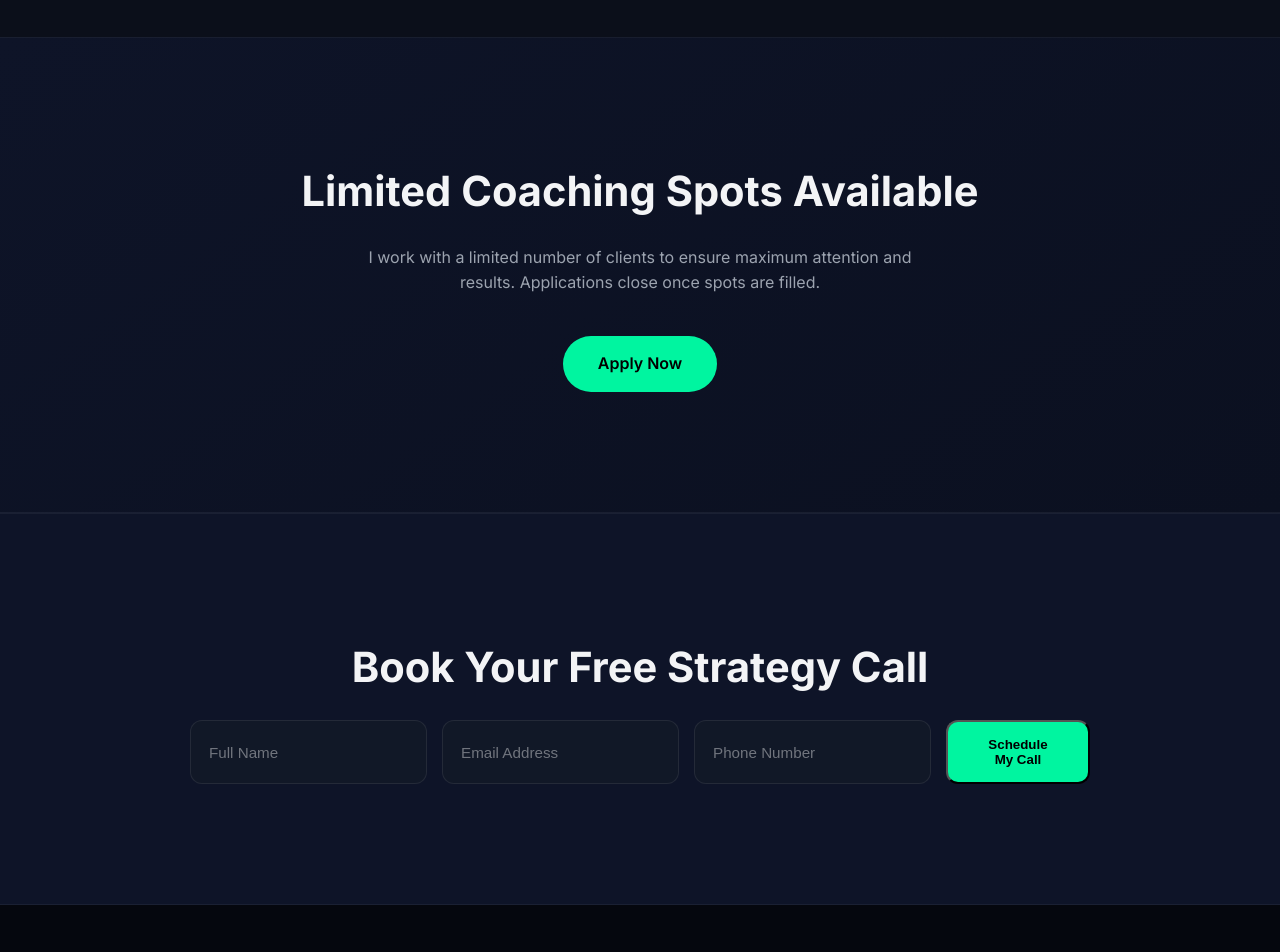
Repository: davidfsillva/Landing-page-pro
Page: index.html
An editor plug-in stored every save of this project. The page is shown before and after the next save, followed by the edit.
The browser window is 1280 px wide. The pictures show the part of the page from y = 3470 to 4422 px (the page is 4511 px tall before and 4536 px after).
A picture or video elsewhere on the page could not be fetched, so the positions and the page height are approximate.

Above is the page before, as saved 2026-02-26 17:18:15.

### index.html
<!DOCTYPE html>
<html lang="en">
<head>
    <!-- ================= BASIC META ================= -->
    <meta charset="UTF-8">
    <meta name="viewport" content="width=device-width, initial-scale=1.0, maximum-scale=5.0">
    <meta name="robots" content="index, follow">
    <link rel="canonical" href="https://www.lucasreynolds.com">

    <!-- ================= SEO ================= -->
    <title>Lucas Reynolds | Elite Personal Trainer</title>
    <meta name="description" content="Elite personal training focused on fat loss, muscle building and peak performance. Customized programs, strategic nutrition and real accountability. Book your free fitness consultation today.">

    <!-- ================= OPEN GRAPH ================= -->
    <meta property="og:title" content="Lucas Reynolds | Transform Your Body in 90 Days">
    <meta property="og:description" content="Personalized training programs with proven results. Limited spots available.">
    <meta property="og:type" content="website">
    <meta property="og:image" content="https://placehold.co/1200x630/0B1020/00FF99?text=LUCAS+REYNOLDS">
    <meta property="og:url" content="https://www.lucasreynolds.com">
    <meta name="twitter:card" content="summary_large_image">

    <!-- FONTS -->
    <link rel="preconnect" href="https://fonts.googleapis.com">
    <link href="https://fonts.googleapis.com/css2?family=Inter:wght@300;400;600;700;800&display=swap" rel="stylesheet">

    <link rel="stylesheet" href="style.css">
</head>

<body>

<header class="header">
  <div class="container header-flex">
      <div class="logo">LUCAS REYNOLDS</div>

      <button class="menu-toggle" id="menuToggle">☰</button>

      <nav class="nav" id="nav">
        <a href="#home">Home</a>
        <a href="#about">About</a>
        <a href="#method">Method</a>
        <a href="#results">Results</a>
        <a href="#contact" class="nav-cta">Book Call</a>
      </nav>
  </div>
</header>

<main>

<!-- HERO -->
<section id="home" class="hero">
    <div class="hero-overlay"></div>

    <div class="container hero-grid">

        <div class="hero-content">
            <div class="hero-badge">
                Trusted by 320+ Clients Worldwide
            </div>

            <h1>
                BUILD YOUR ELITE BODY
                <span>IN 90 DAYS.</span>
            </h1>

            <p>
                High-performance coaching for ambitious men who want visible results,
                structured training and real accountability.
            </p>

            <div class="hero-buttons">
                <a href="#contact" class="btn btn-primary">
                    Book Free Strategy Call
                </a>
            </div>

            <div class="hero-proof">
                <div>
                    <strong>320+</strong>
                    <small>Transformations</small>
                </div>

                <div>
                    <strong>8+ Years</strong>
                    <small>Experience</small>
                </div>
            </div>
        </div>

    </div>
</section>

<!-- ABOUT -->
<section id="about" class="section">
    <div class="container">
        <h2>Why Most People Fail</h2>

        <div class="grid-3">

            <div class="card">
                <h3>Generic Workouts</h3>
                <p>
                    Most programs are copied from the internet and built for everyone —
                    which means they’re built for no one.
                </p>
                <p>
                    Without personalization, your body doesn’t respond the way it should.
                    Progress slows. Motivation drops.
                </p>
            </div>

            <div class="card">
                <h3>Poor Nutrition</h3>
                <p>
                    Random dieting, cutting calories blindly, or following extreme plans
                    that don’t match your lifestyle.
                </p>
                <p>
                    Nutrition must support performance, recovery and consistency —
                    not destroy your energy.
                </p>
            </div>

            <div class="card">
                <h3>No Accountability</h3>
                <p>
                    Discipline fades when there’s no structure.
                </p>
                <p>
                    Without expert guidance, weekly adjustments and performance tracking,
                    most people quit before real transformation happens.
                </p>
            </div>

        </div>
    </div>
</section>

<!-- METHOD -->
<section id="method" class="section section-dark">
    <div class="container">
        <h2>The Reynolds Method</h2>

        <div class="method-list">

            <div class="method-item" data-step="01">
                <strong>Full Performance Assessment</strong>
                <p>
                    We start with a deep evaluation of your body composition,
                    strength levels, mobility, metabolism and lifestyle habits.
                </p>
                <p>
                    This allows us to identify limitations, imbalances and
                    performance gaps before building your transformation plan.
                </p>
            </div>

            <div class="method-item" data-step="02">
                <strong>Precision Custom Program</strong>
                <p>
                    Your training plan is engineered around your goal —
                    whether fat loss, muscle gain or full body recomposition.
                </p>
                <p>
                    Progressive overload, recovery cycles and measurable benchmarks
                    are built into every phase.
                </p>
            </div>

            <div class="method-item" data-step="03">
                <strong>Strategic Nutrition System</strong>
                <p>
                    No extreme dieting. No starvation.
                </p>
                <p>
                    Instead, a structured nutrition framework aligned with your
                    metabolism, schedule and performance demands.
                </p>
            </div>

            <div class="method-item" data-step="04">
                <strong>Elite Accountability Protocol</strong>
                <p>
                    Weekly check-ins, performance tracking and plan adjustments.
                </p>
                <p>
                    You stay focused. I handle the strategy.
                </p>
            </div>

        </div>
    </div>
</section>

<!-- RESULTS -->
<section id="results" class="section">
    <div class="container">
        <h2>Transformation Case Study Concepts</h2>

        <p class="portfolio-note">
            This section demonstrates how structured testimonials and visual proof
            can be presented in a high-conversion fitness landing page.
        </p>

        <div class="grid-3">

            <div class="testimonial">
                <img src="img/athlete-1.webp" alt="Fitness transformation concept">
                <p>
                    "In 16 weeks, I rebuilt my discipline, improved body composition
                    and achieved measurable strength gains."
                </p>
                <span>Sample Testimonial Layout | Fat Loss Concept</span>
            </div>

            <div class="testimonial">
                <img src="img/athlete-2.webp" alt="Fitness coaching concept">
                <p>
                    "The structured program and weekly check-ins created
                    consistent progress and long-term sustainability."
                </p>
                <span>Sample Testimonial Layout | Body Recomposition Concept</span>
            </div>

            <div class="testimonial">
                <img src="img/3.webp" alt="Elite fitness result concept">
                <p>
                    "Clear metrics, personalized programming and accountability
                    transformed both performance and confidence."
                </p>
                <span>Sample Testimonial Layout | Performance Concept</span>
            </div>

        </div>
    </div>
</section>

<!-- LIMITED SPOTS -->
<section class="section section-dark urgency">
    <div class="container">
        <h2>Limited Coaching Spots Available</h2>
        <p>
            I work with a limited number of clients to ensure maximum attention and results.
            Applications close once spots are filled.
        </p>
        <a href="#contact" class="btn btn-primary">Apply Now</a>
    </div>
</section>

<!-- CONTACT -->
<section id="contact" class="section cta">
    <div class="container">
        <h2>Book Your Free Strategy Call</h2>

        <form class="form">
            <input type="text" placeholder="Full Name" required>
            <input type="email" placeholder="Email Address" required>
            <input type="tel" placeholder="Phone Number" required>

            <button type="submit" class="btn btn-primary">
                Schedule My Call
            </button>
        </form>
    </div>
</section>

</main>

<footer class="footer">
    <div class="container">
        <p>© 2026 Lucas Reynolds Performance. All rights reserved.</p>
    </div>
</footer>

<script src="script.js"></script>
</body>
</html>

### style.css
* {
    margin: 0;
    padding: 0;
    box-sizing: border-box;
}

:root {
    --bg: #0B0F1A;
    --bg-dark: #111827;
    --card: #161F2E;

    --text: #F3F4F6;
    --muted: #9CA3AF;

    --accent: #00F5A0;

    --radius: 18px;
}

body {
    font-family: 'Inter', sans-serif;
    background: var(--bg);
    color: var(--muted);
    line-height: 1.6;
}

.container {
    width: 90%;
    max-width: 1200px;
    margin: auto;
}

.section {
    padding: 100px 0;
}

.section-dark {
    background: var(--bg-dark);
}

h1, h2, h3 {
    color: var(--text);
}

.hero h1 {
    font-size: clamp(2rem, 4vw, 3rem);
}

h1 span {
    color: var(--accent);
}

h2 {
    font-size: 2rem;
    margin-bottom: 40px;
}

p {
    margin: 15px 0;
}

.btn {
    display: inline-block;
    padding: 15px 35px;
    border-radius: 50px;
    font-weight: 600;
    text-decoration: none;
    transition: 0.3s ease;
}

.btn-primary {
    background: var(--accent);
    color: #000;
}

.btn-primary:hover {
    transform: translateY(-3px);
}

/* HEADER */
.header {
    position: fixed;
    width: 100%;
    background: rgba(11,15,26,0.9);
    backdrop-filter: blur(8px);
    padding: 20px 0;
    z-index: 1000;
}

.header-flex {
    display: flex;
    justify-content: space-between;
    align-items: center;
}

.logo {
    font-weight: 800;
    color: var(--accent);
}

.nav {
    display: flex;
    gap: 30px;
}

.nav a {
    color: var(--muted);
    text-decoration: none;
}

.nav a:hover {
    color: var(--accent);
}

.menu-toggle {
    display: none;
    background: none;
    border: none;
    color: var(--accent);
    font-size: 1.5rem;
}

/* HERO */
.hero {
    height: 100vh;
    display: flex;
    align-items: center;
    background: url('img/pexels-ardit-mbrati-216809103-18187618.jpg') center right/cover no-repeat;
    position: relative;
    padding-top: 80px;
}

.hero-overlay {
    position: absolute;
    inset: 0;
    background: linear-gradient(270deg, rgba(11, 15, 26, 0.116), rgb(11, 15, 26));
}

.hero-grid {
    position: relative;
}
.hero-content {
    max-width: 600px;
    padding-left: 2px;

}

.hero-badge {
    background: rgba(0,245,160,0.1);
    color: var(--accent);
    padding: 8px 16px;
    border-radius: 50px;
    display: inline-block;
    margin-bottom: 20px;
}

.hero-proof {
    display: flex;
    gap: 40px;
    margin-top: 30px;
}

.hero-proof strong {
    color: var(--accent);
    font-size: 1.5rem;
    display: block;
}

/* ===============================
   ABOUT SECTION UPGRADE
=================================*/

#about {
    text-align: center;
}

#about h2 {
    margin-bottom: 60px;
    position: relative;
}

#about h2::after {
    content: "";
    width: 60px;
    height: 3px;
    background: var(--accent);
    display: block;
    margin: 18px auto 0;
    border-radius: 3px;
}


/* CARD ESTILO PROBLEMA */
.card {
    position: relative;
    background: linear-gradient(145deg, #121A2B, #0E1524);
    padding: 40px 30px;
    border-radius: 20px;
    border: 1px solid rgba(255,255,255,0.04);
    transition: 0.35s ease;
    text-align: left;
    overflow: hidden;
}



/* Hover mais forte */
.card:hover {
    transform: translateY(-10px);
    border-color: var(--accent);
    box-shadow: 0 25px 60px -20px var(--accent);
}

.card h3 {
    color: var(--accent);
    font-size: 1.2rem;
    margin-bottom: 15px;
}

.card p {
    font-size: 0.95rem;
    color: var(--muted);
    line-height: 1.6;
}



/* ===============================
   METHOD SECTION IMPROVED
=================================*/

.method-list {
    display: grid;
    gap: 30px;
    margin-top: 50px;
}

.method-item {
    position: relative;
    background: linear-gradient(145deg, #141C2F, #0F1625);
    padding: 30px 35px 30px 80px;
    border-radius: 18px;
    border: 1px solid rgba(255,255,255,0.05);
    transition: 0.35s ease;
    overflow: hidden;
}

/* Linha lateral de destaque */
.method-item::before {
    content: "";
    position: absolute;
    left: 0;
    top: 0;
    height: 100%;
    width: 6px;
    background: var(--accent);
    opacity: 0.8;
}

/* Número grande no fundo */
.method-item::after {
    content: attr(data-step);
    position: absolute;
    right: 25px;
    top: 20px;
    font-size: 4rem;
    font-weight: 800;
    color: rgba(255,255,255,0.04);
}

/* Hover sofisticado */
.method-item:hover {
    transform: translateY(-8px);
    border-color: var(--accent);
    box-shadow: 0 20px 50px -15px rgba(0,245,160,0.25);
}

.method-item strong {
    display: block;
    font-size: 1.2rem;
    color: var(--text);
    margin-bottom: 10px;
}

.method-item p {
    font-size: 0.95rem;
    color: var(--muted);
    max-width: 500px;
}



/* CARDS */
.grid-3 {
    display: grid;
    grid-template-columns: repeat(3, 1fr);
    gap: 30px;
}

.card, .testimonial {
    background: var(--card);
    padding: 30px;
    border-radius: var(--radius);
}

.method-list {
    display: grid;
    gap: 25px;
}

.method-item strong {
    color: var(--accent);
}

.portfolio-note {
    max-width: 700px;
    margin: 0 auto 50px auto;
    text-align: center;
    color: var(--muted);
    font-size: 0.95rem;
}

.testimonial span {
    display: block;
    margin-top: 15px;
    font-weight: 600;
    color: var(--accent);
}

.testimonial img {
    width: 100%;
    border-radius: 12px;
    margin: 0 auto 20px auto;
    display: block;
}

#results {
    text-align: center;
}

.testimonial {
    text-align: center;
}

/* FORM */
.form {
    display: grid;
    gap: 20px;
    max-width: 500px;
}

.form input {
    padding: 15px;
    border-radius: 10px;
    border: none;
}

/* ===============================
   CTA CLEAN HIGH-END
=================================*/

.cta {
    background: #0E1428;
    padding: 120px 0;
    text-align: center;
    border-top: 1px solid rgba(255,255,255,0.05);
    border-bottom: 1px solid rgba(255,255,255,0.05);
}

.cta h2 {
    font-size: clamp(2rem, 4vw, 2.6rem);
    margin-bottom: 20px;
}

.cta p {
    max-width: 600px;
    margin: 0 auto 50px auto;
    font-size: 1rem;
    color: var(--muted);
}

/* FORM INLINE PREMIUM */
.form {
    max-width: 900px;
    margin: 0 auto;
    display: grid;
    grid-template-columns: repeat(4, 1fr);
    gap: 15px;
}

.urgency {
    text-align: center;
    background: linear-gradient(145deg, #0E1428, #0B1020);
    padding: 120px 0;
    border-top: 1px solid rgba(255,255,255,0.05);
    border-bottom: 1px solid rgba(255,255,255,0.05);
}

.urgency h2 {
    font-size: clamp(2rem, 4vw, 2.6rem);
    margin-bottom: 20px;
}

.urgency p {
    max-width: 600px;
    margin: 0 auto 40px auto;
}

/* INPUTS */
.form input {
    padding: 16px 18px;
    border-radius: 12px;
    border: 1px solid rgba(255,255,255,0.08);
    background: #111827;
    color: var(--text);
    font-size: 0.95rem;
    transition: 0.3s ease;
}

.form input::placeholder {
    color: rgba(255,255,255,0.4);
}

.form input:focus {
    border-color: var(--accent);
    box-shadow: 0 0 0 3px rgba(0,245,160,0.12);
    outline: none;
}

/* BOTÃO */
.form button {
    border-radius: 12px;
    font-weight: 700;
}

/* RESPONSIVO */
@media (max-width: 900px) {
    .form {
        grid-template-columns: 1fr;
    }
}

/* FOOTER */
.footer {
    padding: 40px 0;
    text-align: center;
    background: #05070E;
}

/* RESPONSIVE */

@media (max-width: 768px) {
    .nav {
        display: none;
        flex-direction: column;
        background: var(--bg-dark);
        position: absolute;
        top: 70px;
        right: 0;
        padding: 20px;
    }

    .nav.active {
        display: flex;
    }

    .menu-toggle {
        display: block;
    }

    .hero-proof {
        flex-direction: column;
    }


    .method-list {
        grid-template-columns: repeat(2, 1fr);
    }

    .grid-3 {
        grid-template-columns: 1fr;
    }

    .method-list {
        grid-template-columns: 1fr;

    }
}

### script.js
(function () {
  "use strict";

  /* =====================================================
     1. MENU RESPONSIVO COM ACESSIBILIDADE
  ===================================================== */
  const menuToggle = document.getElementById("menuToggle");
  const navMenu = document.getElementById("navMenu");

  if (menuToggle && navMenu) {
    menuToggle.addEventListener("click", () => {
      const isActive = navMenu.classList.toggle("active");

      // Atualiza aria-expanded para acessibilidade
      menuToggle.setAttribute("aria-expanded", isActive);

      // Impede scroll do body quando menu aberto
      document.body.style.overflow = isActive ? "hidden" : "auto";
    });

    // Fecha menu ao clicar em link
    document.querySelectorAll(".nav-menu a").forEach(link => {
      link.addEventListener("click", () => {
        navMenu.classList.remove("active");
        menuToggle.setAttribute("aria-expanded", "false");
        document.body.style.overflow = "auto";
      });
    });
  }

  /* =====================================================
     2. SCROLL SUAVE COM OFFSET DO HEADER
  ===================================================== */
  const header = document.querySelector("header");

  document.querySelectorAll('a[href^="#"]').forEach(anchor => {
    anchor.addEventListener("click", function (e) {
      const targetId = this.getAttribute("href");
      if (targetId === "#") return;

      const target = document.querySelector(targetId);
      if (!target) return;

      e.preventDefault();

      const headerHeight = header ? header.offsetHeight : 0;
      const elementPosition = target.getBoundingClientRect().top + window.scrollY;
      const offsetPosition = elementPosition - headerHeight - 10;

      window.scrollTo({
        top: offsetPosition,
        behavior: "smooth"
      });
    });
  });

  /* =====================================================
     3. REVEAL ON SCROLL (OTIMIZADO)
  ===================================================== */
  const reveals = document.querySelectorAll(".reveal");

  if ("IntersectionObserver" in window) {
    const revealObserver = new IntersectionObserver((entries, observer) => {
      entries.forEach(entry => {
        if (entry.isIntersecting) {
          entry.target.classList.add("active");
          observer.unobserve(entry.target);
        }
      });
    }, {
      threshold: 0.15,
      rootMargin: "0px 0px -40px 0px"
    });

    reveals.forEach(el => revealObserver.observe(el));
  } else {
    // Fallback simples
    reveals.forEach(el => el.classList.add("active"));
  }

  /* =====================================================
     4. CONTADOR ANIMADO
  ===================================================== */
  const counter = document.querySelector(".counter-number");

  if (counter) {
    const target = parseInt(counter.dataset.target, 10);
    let current = 0;
    const duration = 1500;
    const startTime = performance.now();

    const animateCounter = (timestamp) => {
      const progress = Math.min((timestamp - startTime) / duration, 1);
      current = Math.floor(progress * target);
      counter.textContent = current.toLocaleString("pt-BR");

      if (progress < 1) {
        requestAnimationFrame(animateCounter);
      } else {
        counter.textContent = target.toLocaleString("pt-BR");
      }
    };

    const counterObserver = new IntersectionObserver(entries => {
      if (entries[0].isIntersecting) {
        requestAnimationFrame(animateCounter);
        counterObserver.disconnect();
      }
    }, { threshold: 0.6 });

    counterObserver.observe(counter);
  }

  /* =====================================================
     5. VALIDAÇÃO AVANÇADA + REDIRECIONAMENTO WHATSAPP
  ===================================================== */
  const form = document.getElementById("leadForm");
  const feedback = document.getElementById("formFeedback");

  if (form && feedback) {
    form.addEventListener("submit", function (e) {
      e.preventDefault();

      const nome = document.getElementById("nome").value.trim();
      const email = document.getElementById("email").value.trim();
      const telefone = document.getElementById("telefone").value.trim();
      const telDigits = telefone.replace(/\D/g, "");

      // Reset visual
      feedback.style.color = "#ff4d4d";
      feedback.textContent = "";

      /* ===== Validações ===== */

      if (nome.length < 5 || !/\s/.test(nome)) {
        feedback.textContent = "Digite nome e sobrenome corretamente.";
        return;
      }

      const emailRegex = /^[^\s@]+@[^\s@]+\.[^\s@]+$/;
      if (!emailRegex.test(email)) {
        feedback.textContent = "Digite um e-mail válido.";
        return;
      }

      if (telDigits.length < 10 || telDigits.length > 11) {
        feedback.textContent = "WhatsApp inválido. Use DDD + número.";
        return;
      }

      /* ===== Sucesso ===== */
      feedback.style.color = "#00FF99";
      feedback.textContent = "Redirecionando para o WhatsApp...";

      /* ===== Disparo de Pixel ===== */

      // Meta Pixel
      if (typeof fbq === "function") {
        fbq("track", "Lead");
      }

      // Google Ads (exemplo)
      if (typeof gtag === "function") {
        gtag("event", "conversion", {
          event_category: "Lead",
          event_label: "Form Landing"
        });
      }

      /* ===== Redirecionamento WhatsApp ===== */

      const numeroPersonal = "5511999999999"; // ⚠️ ALTERE AQUI
      const mensagem = encodeURIComponent(
        `Olá! Me chamo ${nome}.\nQuero agendar minha avaliação gratuita.\nE-mail: ${email}`
      );

      setTimeout(() => {
        window.location.href = `https://wa.me/${numeroPersonal}?text=${mensagem}`;
      }, 1200);
    });
  }

})();

After the next save:
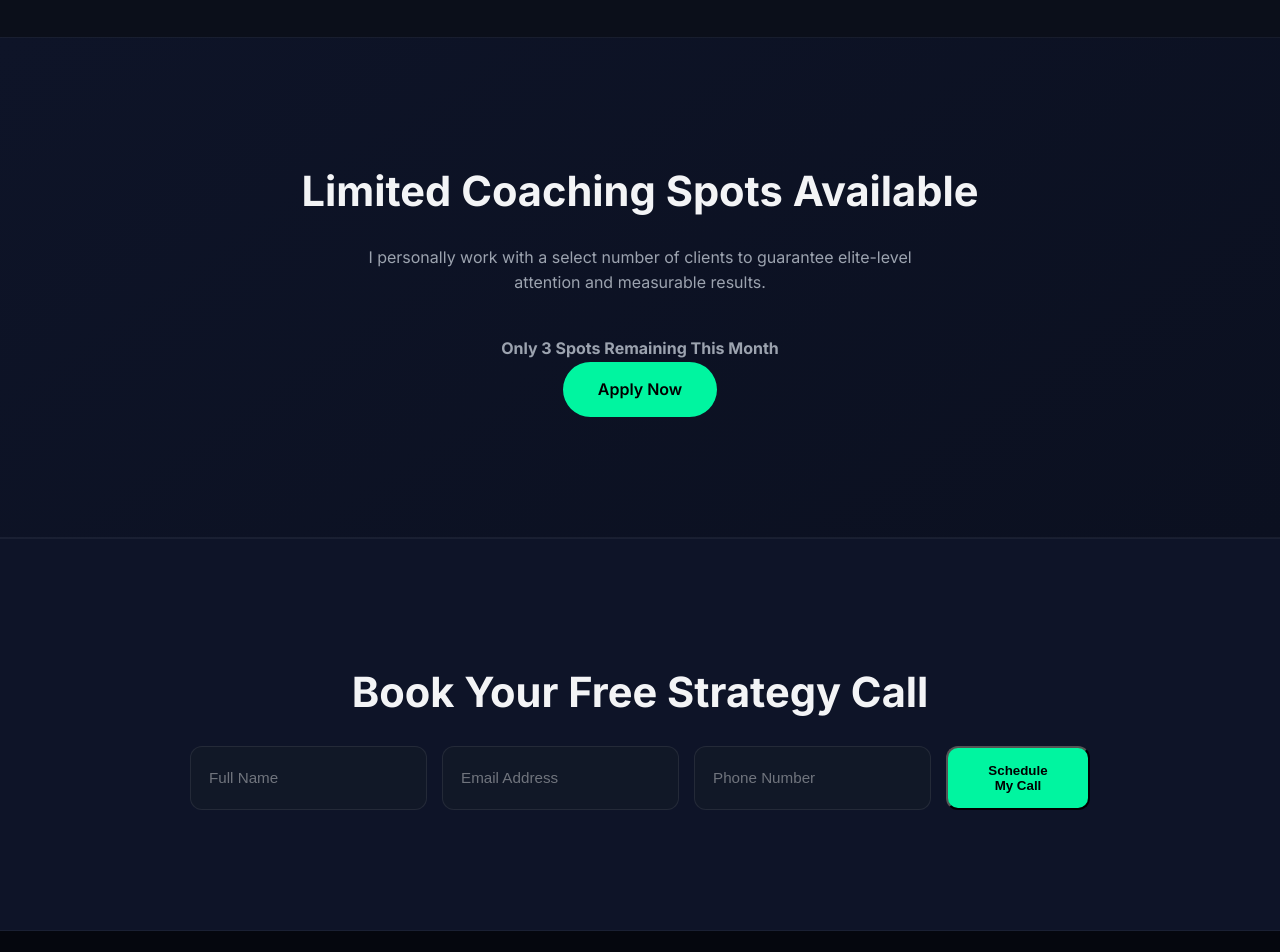
Saved 15 s later.
--- a/index.html
+++ b/index.html
@@ -238,10 +238,16 @@
 <section class="section section-dark urgency">
     <div class="container">
         <h2>Limited Coaching Spots Available</h2>
-        <p>
-            I work with a limited number of clients to ensure maximum attention and results.
-            Applications close once spots are filled.
+
+        <p class="urgency-sub">
+            I personally work with a select number of clients to guarantee
+            elite-level attention and measurable results.
         </p>
+
+        <div class="urgency-highlight">
+            <strong>Only 3 Spots Remaining This Month</strong>
+        </div>
+
         <a href="#contact" class="btn btn-primary">Apply Now</a>
     </div>
 </section>
